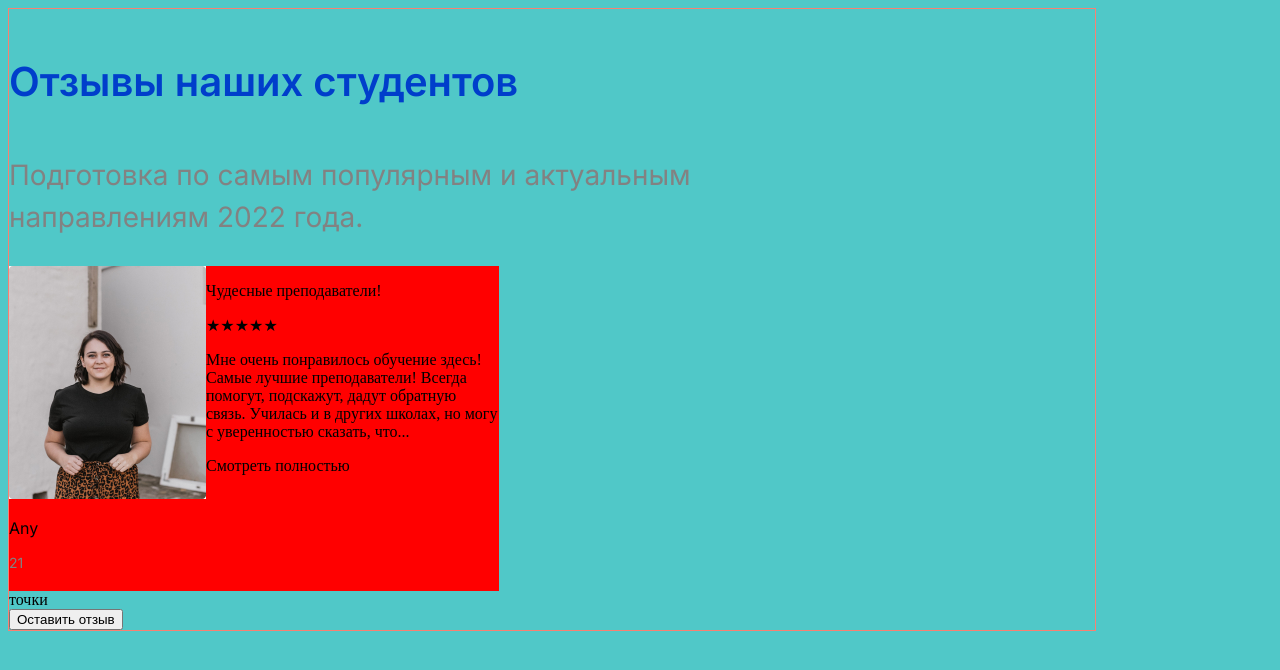
Repository: Malvuna/Studi
Page: index.html
An editor plug-in stored every save of this project. The page is shown before and after a run of saves, followed by the edit.
The browser window is 1280 px wide. The pictures show the whole page.

Above is the page before, as saved 2022-07-11 17:19:06.

### index.html

<!DOCTYPE html>
<html lang="en">
  <head>
    <meta charset="UTF-8" />
    <meta http-equiv="X-UA-Compatible" content="IE=edge" />
    <meta name="viewport" content="width=device-width, initial-scale=1.0" />
    <link rel="stylesheet" href="./css/style.css" />
    <link rel="preconnect" href="https://fonts.googleapis.com">
    <link rel="preconnect" href="https://fonts.gstatic.com" crossorigin>
    <link href="https://fonts.googleapis.com/css2?family=Caveat:wght@400;600;700&family=Inter:wght@400;600;700&display=swap" rel="stylesheet">
  <body>
    <header>
    </header>

    <main>
      <div id="container" class="container">

      <p class="h1">Отзывы наших студентов</p>
      <p class="head">Подготовка по самым популярным и актуальным </br> направлениям 2022 года.</p>
      <div id="divAllCard"> </div>
      <div>точки</div>
      <button>Оставить отзыв</button>

    </div>
    </main>


    <footer>

    </footer>

  </body>
  <script type="module" src="./javascript/javascript.js"></script>
</html>

### css/style.css
body {
  background-color: rgb(80, 200, 200);
}

.container {
  width: 1086px;
  border: 1px salmon solid;
  text-align: left;
}

.h1 {
  font-family: "Inter";
  font-style: normal;
  font-weight: 600;
  font-size: 40px;
  line-height: 65px;
  color: #003ecb;
}

.head {
  font-family: "Inter";
  font-style: normal;
  font-weight: 400;
  font-size: 28px;
  line-height: 42px;
  color: #828282;
}

.divOneCard {
  width: 490px;
  height: 325px;
  background-color: red;
  display: flex;
}

.textName {
  font-family: "Inter";
  font-style: normal;
  font-weight: 400;
  font-size: 16px;
  line-height: 19px;
  color: #000000;
}

.textAge {
  font-family: "Inter";
  font-style: normal;
  font-weight: 400;
  font-size: 14px;
  line-height: 17px;
  color: #828282;
}

.cardRight{

}

### javascript/javascript.js
//Общий контейнер
let container = document.querySelector("#container");

//див с карточками
let divAllCard = document.querySelector("#divAllCard");

//див одной карточки
let divOneCard = document.createElement("div");
divOneCard.className = "divOneCard";
divAllCard.append(divOneCard);



//карточка левый блок
let cardLeft = document.createElement("div");
divOneCard.append(cardLeft);

let cardImg = document.createElement("img");
cardImg.src = "/img/Photo.jpg"
cardLeft.append(cardImg);

let textName = document.createElement("p");
textName.innerHTML = "Any";
textName.className = "textName";
cardLeft.append(textName);

let textAge = document.createElement("p");
textAge.innerHTML = "21";
textAge.className = "textAge";
cardLeft.append(textAge);

//карточка парвый блок
let cardRight = document.createElement("div");
cardRight.className = "cardRight";
divOneCard.append(cardRight);

let textHead = document.createElement("p");
textHead.innerHTML = "Чудесные преподаватели!";
cardRight.append(textHead);

let textStar = document.createElement("p");
textStar.innerHTML = "★★★★★";
cardRight.append(textStar);

let textText = document.createElement("p");
textText.innerHTML = "Мне очень понравилось  обучение здесь! Самые лучшие преподаватели! Всегда помогут, подскажут, дадут обратную связь. Училась и в других школах, но могу с уверенностью сказать, что...";
cardRight.append(textText);

let textAll = document.createElement("p");
textAll.innerHTML = "Смотреть полностью";
cardRight.append(textAll);

After the next 3 saves:
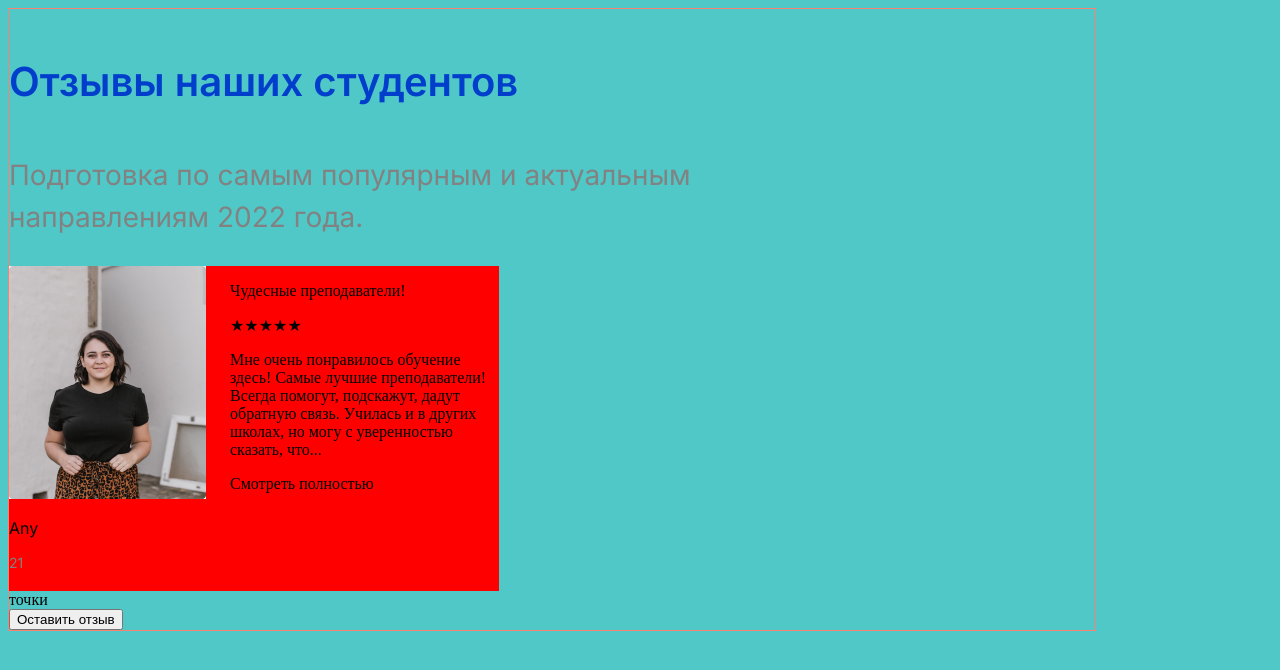
The 3 saves are shown as one change because they came seconds apart.
The last was saved 8 s later.
--- a/css/style.css
+++ b/css/style.css
@@ -52,5 +52,5 @@ body {
 }
 
 .cardRight{
-
+    padding-left: 24px;
 }
